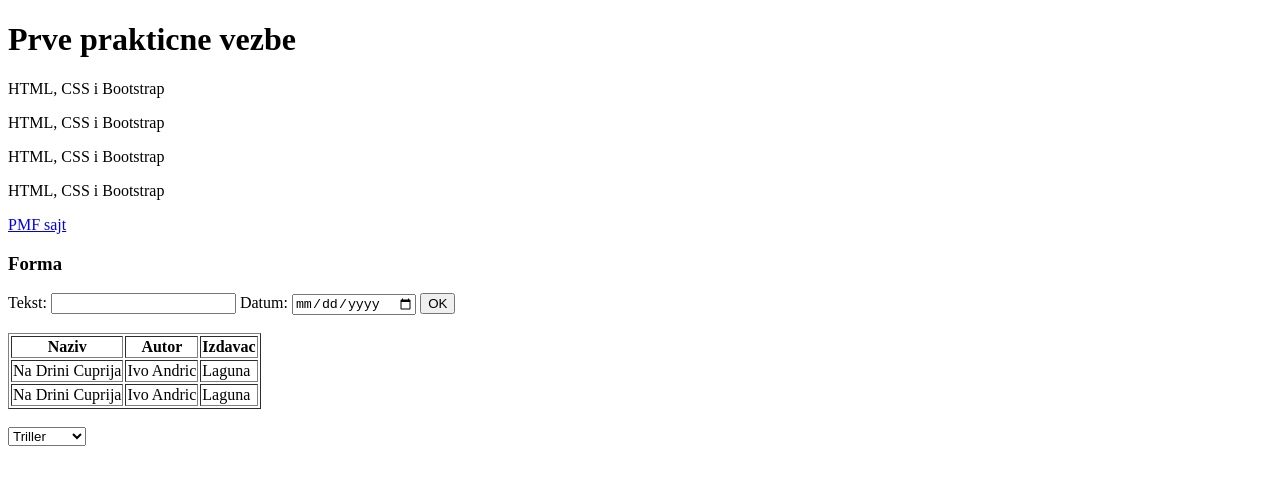
Repository: bojanludajic/Razvoj-Informacionih-Sistema
Page: http://localhost/Vezbe1/
An editor plug-in stored every save of this project. The page is shown before and after the next save, followed by the edit.
The browser window is 1280 px wide. The pictures show the whole page.
The page is served by Tomcat 9.

Above is the page before, as saved 2024-10-22 11:50:00.

### Vezbe1/src/main/webapp/index.html
<!DOCTYPE html>
<html>
<head>
<meta charset="UTF-8">
<title>Razvoj informacionih sistema</title>
<link rel="stylesheet" href="css/styles.css">
</head>
<body>
<h1>Prve prakticne vezbe</h1>
<p>HTML, CSS i Bootstrap</p>
<p>HTML, CSS i Bootstrap</p>
<p>HTML, CSS i Bootstrap</p>
<p>HTML, CSS i Bootstrap</p>



<a href="https://www.pmf.uns.ac.rs" target="_blank">PMF sajt</a>

<h3>Forma</h3>
<form>
	Tekst: <input type="text">
	Datum: <input type="date">
	<input type="submit" value="OK">
</form>

<br>

<table border="1">
	<tr>
		<th>Naziv</th>
		<th>Autor</th>
		<th>Izdavac</th>
	</tr>
	<tr>
		<td>Na Drini Cuprija</td>
		<td>Ivo Andric</td>
		<td>Laguna</td>
	</tr>
	<tr>
		<td>Na Drini Cuprija</td>
		<td>Ivo Andric</td>
		<td>Laguna</td>
	</tr>
</table>

<br>

<select>
	<option>Triller</option>
	<option>Biografija</option>
	<option>Drama</option>
</select>

</body>
</html>

### Vezbe1/src/main/webapp/css/styles.css
@charset "UTF-8";
body {
	background-color:
}

After the next save:
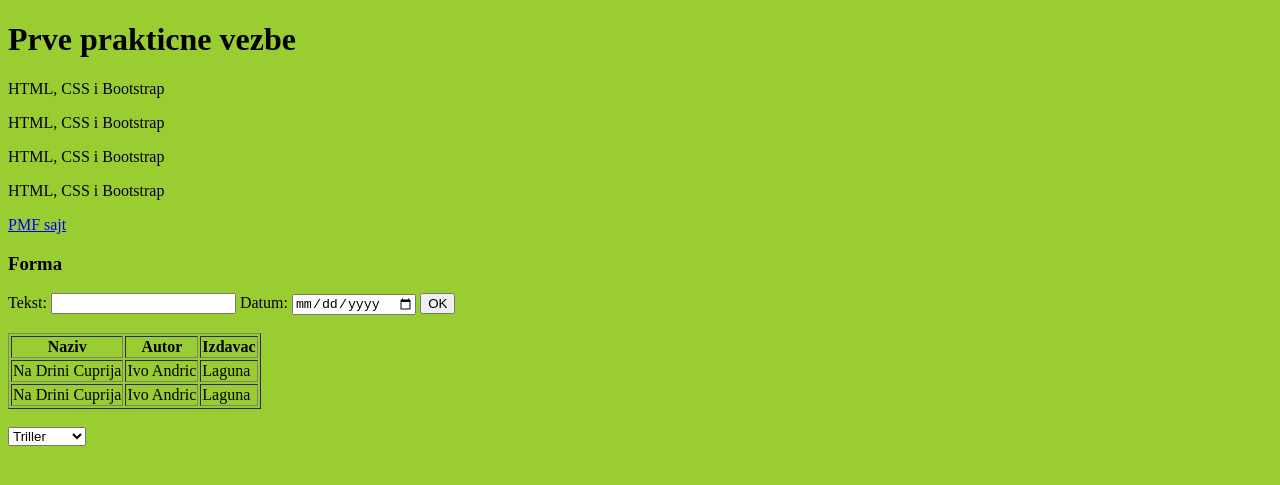
Saved 15 s later.
--- a/Vezbe1/src/main/webapp/css/styles.css
+++ b/Vezbe1/src/main/webapp/css/styles.css
@@ -1,4 +1,4 @@
 @charset "UTF-8";
 body {
-	background-color:
+	background-color: yellowgreen;
 }
